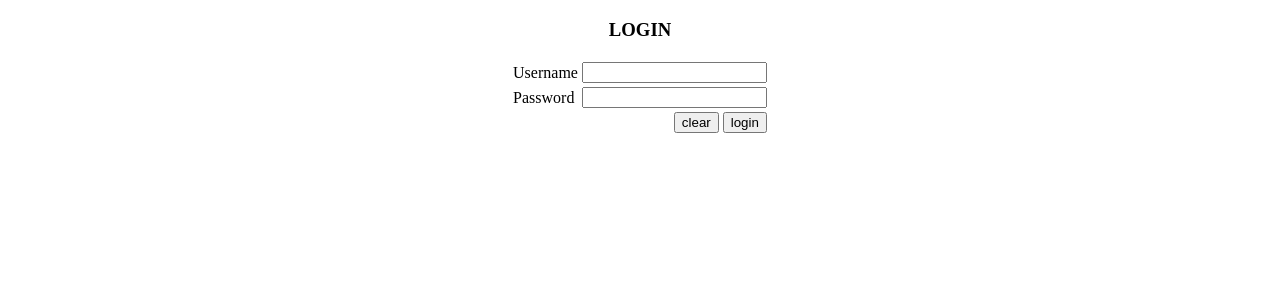
Repository: mounikrishna/java
Page: http://localhost/WebBasedApp/login.jsp
These files come from the project's save history. The page is drawn as it stood at one moment and after the next save; the edit follows.
The browser window is 1280 px wide. The pictures show the whole page.
The page is served by Tomcat 9. Other server files are loaded and not shown.

Above is the page before, as saved 2020-01-22 01:49:53.

### Servelts,JSP,JSTL/WebBasedApp/WebContent/login.jsp
<%@ page language="java" contentType="text/html; charset=ISO-8859-1" pageEncoding="ISO-8859-1"%>
<%@ taglib prefix = "c" uri = "http://java.sun.com/jsp/jstl/core" %>
<!DOCTYPE html>
<html>
	<head>
		<meta charset="ISO-8859-1">
		<title>Login Page</title>
	</head>
	<body>
		<h3 align = "center">LOGIN</h3>

		<c:out value="${message}"/>
		<form action = "check.htm" method= "post">
		<!-- WE CAN USE EITHER WAY <form action = "https://localhost:8080/WebBasedDemo/create.htm">  -->
			<table align = "center">
				<tr>
					<td>Username</td>
					<td><input type = "text" name= "username"></td>
				</tr>
				<tr>
					<td>Password</td>
					<td><input type = "password" name= "password"></td>
				</tr>
				<tr>
					<td colspan = "2" align = "right"><input type = "reset" value= "clear">
													<input type = "submit" value= "login">
					</td>

				</tr>
			</table>
		</form>
	</body>
</html>

After the next save:
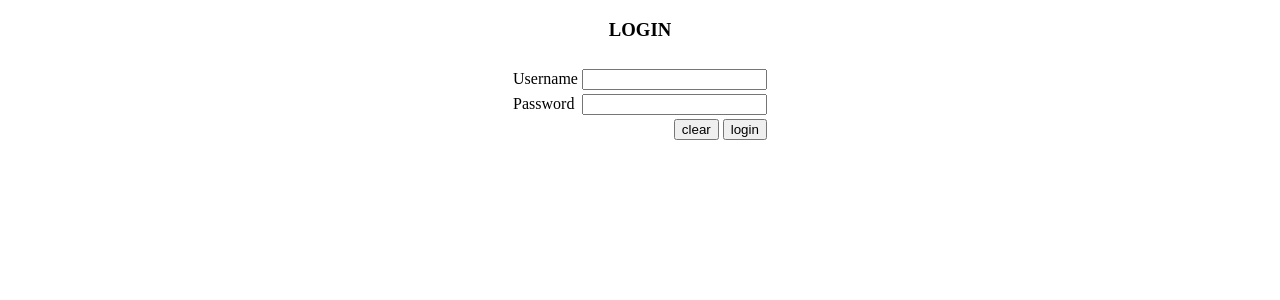
Saved 9 min 54 s later.
--- a/Servelts,JSP,JSTL/WebBasedApp/WebContent/login.jsp
+++ b/Servelts,JSP,JSTL/WebBasedApp/WebContent/login.jsp
@@ -9,7 +9,7 @@
 	<body>
 		<h3 align = "center">LOGIN</h3>
 
-		<c:out value="${message}"/>
+		<h6 align = "center"><c:out value="${message}"/></h6>
 		<form action = "check.htm" method= "post">
 		<!-- WE CAN USE EITHER WAY <form action = "https://localhost:8080/WebBasedDemo/create.htm">  -->
 			<table align = "center">
